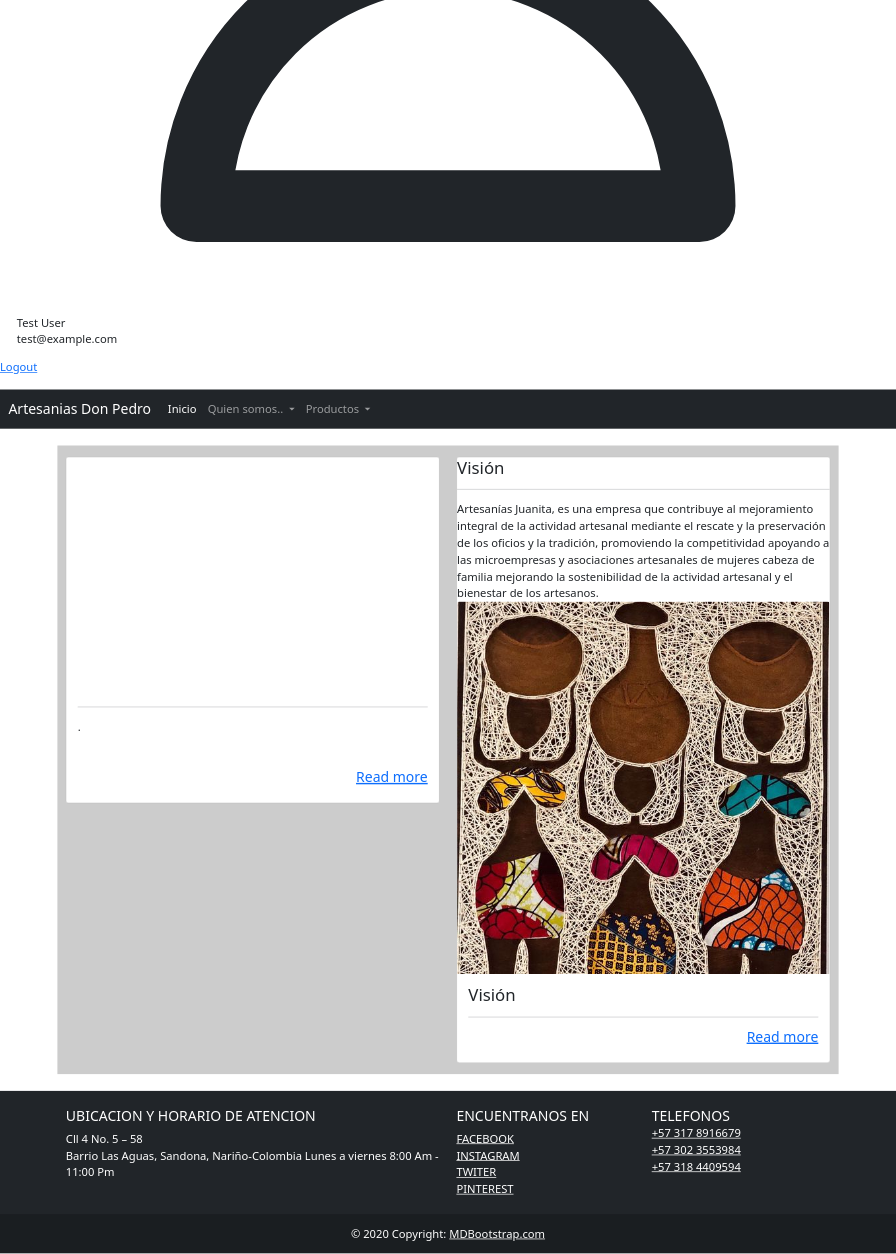
Repository: PG210/taller_artesania
Page: http://localhost/arte/mision
The author's editor kept a copy of each file at every save. The page is drawn from the files as they stood at one save, then again after the next save.
The browser window is 1280 px wide. The pictures show the part of the page from y = 2278 to 4198 px (the page is 4069 px tall before and 4198 px after), at 70% of full size.
Pictures or frames that could not be fetched are drawn as grey boxes. The page is served by the project's Laravel application, run on PHP 8.4 with Laravel 8. A made-up administrator, Test User (test@example.com), is signed in. Other server files are loaded and not shown.

Above is the page before, as saved 2021-01-14 15:40:39.

### routes/web.php
<?php

use Illuminate\Support\Facades\Route;
use App\Http\Controllers\Productos;

/*
|--------------------------------------------------------------------------
| Web Routes
|--------------------------------------------------------------------------
|
| Here is where you can register web routes for your application. These
| routes are loaded by the RouteServiceProvider within a group which
| contains the "web" middleware group. Now create something great!
|
*/

Route::get('/', function () {
    return view('welcome');
});
//ruta mision vision
Route::get('arte/vision', function () {
    return view('arte.vision');
});
//histortia
Route::get('arte/historia', function () {
    return view('arte.historia');
});
Route::get('arte/mision', function () {
    return view('arte.mision');
});

//ubicacion
Route::get('arte/ubicacion', function () {
    return view('arte.ubicacion');
});
//productos
Route::get('/productos', [Productos::class, 'index']);

Route::get('/dashboard', function () {
    return view('dashboard');
})->middleware(['auth'])->name('dashboard');

require __DIR__.'/auth.php';

### resources/views/arte/mision.blade.php
<body>

    @extends('layouts.app') @section('content')




    <div class="container">

        <div class="row">

            <!--tarjeta 1 mision hotel-->
            <div class="col-lg-6" style="background-color:#ccc">

                <p>
                    <!-- Card Dark -->
                    <div class="card">

                        <!-- Card image -->
                        <div class="container">
                            <br>
                            <div class="view overlay ">
                                <video loop="true " muted autoplay width="530 " height="300 ">
                    <source src='{{url("/img/video.mp4")}}' type="video/mp4 " alt="Card image cap ">
                <a>
                    <div class="mask " style=" background-color: rgba(230, 179, 179, 0.5) "></div>
                </a>
            </div>
            </div>

          <!-- Card content -->
          <div class="card-body elegant-color white-text rounded-bottom">

            <!-- Social shares button -->

            <!-- Title -->

            <hr class="hr-light">

            <p class="card-text white-text mb-4">



                 .</p>
                 <br>
            <!-- Link -->
            <a href="#!" class="white-text d-flex justify-content-end">
              <h5>Read more <i class="fas fa-angle-double-right"></i></h5>
            </a>

          </div>

        </div>
        <!-- Card Dark --></p>
  </div>



  <!--tarjeta dos vision-->
  <div class="col-lg-6"  style="background-color:#ccc">

    <p><!-- Card Dark -->
        <div class="card">

          <!-- Card image -->
          <div class="view overlay">
           <h4 class="card-title">Visión</h4>
            <hr class="hr-light">
          Artesanías Juanita, es una empresa que contribuye al mejoramiento integral de la actividad artesanal mediante el rescate y la preservación de los oficios y la tradición, promoviendo la competitividad apoyando a las microempresas y asociaciones artesanales de mujeres cabeza de familia mejorando la sostenibilidad de la actividad artesanal y el bienestar de los artesanos.
            <img class="card-img-top" src="../img/4.jpg"
              alt="Card image cap">
            <a>
              <div class="mask rgba-white-slight"></div>
            </a>
          </div>

          <!-- Card content -->
          <div class="card-body elegant-color white-text rounded-bottom">

            <!-- Social shares button -->

            <!-- Title -->
            <h4 class="card-title">Visión</h4>
            <hr class="hr-light">
            <!-- Text -->

            <!-- Link -->
            <a href="#!" class="white-text d-flex justify-content-end">
              <h5>Read more <i class="fas fa-angle-double-right"></i></h5>
            </a>

          </div>

        </div>
        <!-- Card Dark --></p>
  </div>
</div>
</div>




</div>
@stop

</body>

### resources/views/layouts/app.blade.php
<!DOCTYPE html>
<html lang="{{ str_replace('_', '-', app()->getLocale()) }}">
    <head>
        <meta charset="utf-8">
        <meta name="viewport" content="width=device-width, initial-scale=1">
        <meta name="csrf-token" content="{{ csrf_token() }}">

        <title>{{ config('app.name', 'Laravel') }}</title>

        <!-- Fonts -->
        <link rel="stylesheet" href="https://fonts.googleapis.com/css2?family=Nunito:wght@400;600;700&display=swap">
        <link href="{{ url('/assets/bootstrap/css/bootstrap.min.css') }}" rel="stylesheet">
        <!-- Styles -->
        <link rel="stylesheet" href="{{ asset('css/app.css') }}">

        <!-- Scripts -->
        <script src="{{ asset('js/app.js') }}" defer></script>


    </head>

    <body class="font-sans antialiased">
        <div class="min-h-screen bg-gray-100">
            @include('layouts.navigation')

            <nav class="navbar navbar-expand-lg navbar navbar-dark bg-dark">
  <div class="container-fluid">
    <a class="navbar-brand" href="#">Artesanias Don Pedro</a>
    <button class="navbar-toggler" type="button" data-bs-toggle="collapse" data-bs-target="#navbarNavDropdown" aria-controls="navbarNavDropdown" aria-expanded="false" aria-label="Toggle navigation">
      <span class="navbar-toggler-icon"></span>
    </button>
    <div class="collapse navbar-collapse" id="navbarNavDropdown">
      <ul class="navbar-nav">
        <li class="nav-item">
          <a class="nav-link active" aria-current="page" href="#">Inicio</a>
        </li>


        <li class="nav-item dropdown">
          <a class="nav-link dropdown-toggle" href="#" id="navbarDropdownMenuLink" role="button" data-bs-toggle="dropdown" aria-expanded="false">
            Quien somos..
          </a>
          <ul class="dropdown-menu" aria-labelledby="navbarDropdownMenuLink">
            <li><a class="dropdown-item" href="{{url('/arte/mision')}}">Mision</a></li>
            <li><a class="dropdown-item" href="{{url('/arte/vision')}}">Vision</a></li>
            <li><a class="dropdown-item" href="{{url('/arte/ubicacion')}}">Ubicacion</a></li>
            <li><a class="dropdown-item" href="{{url('/arte/historia')}}">Historia</a></li>
          </ul>
        </li>

        <li class="nav-item dropdown">
          <a class="nav-link dropdown-toggle" href="#" id="navbarDropdownMenuLink" role="button" data-bs-toggle="dropdown" aria-expanded="false">
            Productos
          </a>
          <ul class="dropdown-menu" aria-labelledby="navbarDropdownMenuLink">
            <li><a class="dropdown-item" href="{{url('/productos')}}">Sombreros</a></li>
            <li><a class="dropdown-item" href="#">Mochilas</a></li>
            <li><a class="dropdown-item" href="#">Tejidos</a></li>
            <li><a class="dropdown-item" href="#">Visuterias</a></li>
            <li><a class="dropdown-item" href="#">Ofertas</a></li>
          </ul>
        </li>
      </ul>
    </div>
  </div>
</nav>
<br>
            <!-- Page Heading -->
            <div class="container">
           @yield('content')
           </div>
        </div>
<!--footer-->
<br>
        <footer class="bg-dark text-white text-center text-lg-start">
  <!-- Grid container -->
  <div class="container p-4">
    <!--Grid row-->
    <div class="row">
      <!--Grid column-->
      <div class="col-lg-6 col-md-12 mb-4 mb-md-0">
        <h5 class="text-uppercase">Ubicacion y Horario de Atencion</h5>

        <p>
        <bFooterr>
        Cll 4 No. 5 – 58<br>
        Barrio Las Aguas, Sandona, Nariño-Colombia
        Lunes a viernes 8:00 Am - 11:00 Pm
        </p>
      </div>
      <!--Grid column-->

      <!--Grid column-->
      <div class="col-lg-3 col-md-6 mb-4 mb-md-0">
        <h5 class="text-uppercase">Encuentranos en</h5>

        <ul class="list-unstyled mb-0">
          <li>
            <a href="#!" class="text-white">FACEBOOK</a>
          </li>
          <li>
            <a href="#!" class="text-white">INSTAGRAM</a>
          </li>
          <li>
            <a href="#!" class="text-white">TWITER</a>
          </li>
          <li>
            <a href="#!" class="text-white">PINTEREST</a>
          </li>
        </ul>
      </div>
      <!--Grid column-->

      <!--Grid column-->
      <div class="col-lg-3 col-md-6 mb-4 mb-md-0">
        <h5 class="text-uppercase mb-0">TELEFONOS</h5>

        <ul class="list-unstyled">
          <li>
            <a href="#!" class="text-white">+57 317 8916679</a>
          </li>
          <li>
            <a href="#!" class="text-white">+57 302 3553984</a>
          </li>
          <li>
            <a href="#!" class="text-white">+57 318 4409594</a>
          </li>

        </ul>
      </div>
      <!--Grid column-->
    </div>
    <!--Grid row-->
  </div>
  <!-- Grid container -->

  <!-- Copyright -->
  <div class="text-center p-3" style="background-color: rgba(0, 0, 0, 0.2)">
    © 2020 Copyright:
    <a class="text-white" href="https://mdbootstrap.com/">MDBootstrap.com</a>
  </div>
  <!-- Copyright -->
</footer>
<!--end footer-->



        <script src="https://code.jquery.com/jquery-3.5.1.slim.min.js" integrity="sha384-DfXdz2htPH0lsSSs5nCTpuj/zy4C+OGpamoFVy38MVBnE+IbbVYUew+OrCXaRkfj" crossorigin="anonymous"></script>
        <script src="https://cdn.jsdelivr.net/npm/popper.js@1.16.1/dist/umd/popper.min.js" integrity="sha384-9/reFTGAW83EW2RDu2S0VKaIzap3H66lZH81PoYlFhbGU+6BZp6G7niu735Sk7lN" crossorigin="anonymous"></script>
       <script type="text/javascript" src="{{ url('/assets/bootstrap/js/bootstrap.min.js') }}"></script>
    </body>
</html>

### resources/views/layouts/navigation.blade.php
<nav x-data="{ open: false }" class="bg-white border-b border-gray-100">
    <!-- Primary Navigation Menu -->
    <!--aqui cambiar-->
    <div class=" navbar-dark bg-indigo">
        <div class="flex justify-between h-16">
            <div class="flex">
                <!-- Logo -->
                <div class="flex-shrink-0 flex items-center">
                    <a href="{{ route('dashboard') }}">
                        <x-application-logo class="block h-10 w-auto fill-current text-gray-600" />
                    </a>
                </div>

                <!-- Navigation Links -->
                <div class="hidden space-x-8 sm:-my-px sm:ml-10 sm:flex">
                    <x-nav-link :href="route('dashboard')" :active="request()->routeIs('dashboard')">
                        {{ __('Bienvenidos! Tienda Virtual') }}
                    </x-nav-link>
                </div>
            </div>

            <!-- Settings Dropdown -->
            <div class="hidden sm:flex sm:items-center sm:ml-6">
                <x-dropdown align="right" width="48">
                    <x-slot name="trigger">
                        <button class="flex items-center text-sm font-medium text-gray-500 hover:text-gray-700 hover:border-gray-300 focus:outline-none focus:text-gray-700 focus:border-gray-300 transition duration-150 ease-in-out">
                            <div>{{ Auth::user()->name }}</div>

                            <div class="ml-1">
                                <svg class="fill-current h-4 w-4" xmlns="http://www.w3.org/2000/svg" viewBox="0 0 20 20">
                                    <path fill-rule="evenodd" d="M5.293 7.293a1 1 0 011.414 0L10 10.586l3.293-3.293a1 1 0 111.414 1.414l-4 4a1 1 0 01-1.414 0l-4-4a1 1 0 010-1.414z" clip-rule="evenodd" />
                                </svg>
                            </div>
                        </button>
                    </x-slot>

                    <x-slot name="content">
                        <!-- Authentication -->
                        <form method="POST" action="{{ route('logout') }}">
                            @csrf

                            <x-dropdown-link :href="route('logout')"
                                    onclick="event.preventDefault();
                                                this.closest('form').submit();">
                                {{ __('Logout') }}
                            </x-dropdown-link>
                        </form>
                    </x-slot>
                </x-dropdown>
            </div>

            <!-- Hamburger -->
            <div class="-mr-2 flex items-center sm:hidden">
                <button @click="open = ! open" class="inline-flex items-center justify-center p-2 rounded-md text-gray-400 hover:text-gray-500 hover:bg-gray-100 focus:outline-none focus:bg-gray-100 focus:text-gray-500 transition duration-150 ease-in-out">
                    <svg class="h-6 w-6" stroke="currentColor" fill="none" viewBox="0 0 24 24">
                        <path :class="{'hidden': open, 'inline-flex': ! open }" class="inline-flex" stroke-linecap="round" stroke-linejoin="round" stroke-width="2" d="M4 6h16M4 12h16M4 18h16" />
                        <path :class="{'hidden': ! open, 'inline-flex': open }" class="hidden" stroke-linecap="round" stroke-linejoin="round" stroke-width="2" d="M6 18L18 6M6 6l12 12" />
                    </svg>
                </button>
            </div>
        </div>
    </div>

    <!-- Responsive Navigation Menu -->
    <div :class="{'block': open, 'hidden': ! open}" class="hidden sm:hidden">
        <div class="pt-2 pb-3 space-y-1">
            <x-responsive-nav-link :href="route('dashboard')" :active="request()->routeIs('dashboard')">
                {{ __('Dashboard') }}
            </x-responsive-nav-link>
        </div>

        <!-- Responsive Settings Options -->
        <div class="pt-4 pb-1 border-t border-gray-200">
            <div class="flex items-center px-4">
                <div class="flex-shrink-0">
                    <svg class="h-10 w-10 fill-current text-gray-400" xmlns="http://www.w3.org/2000/svg" fill="none" viewBox="0 0 24 24" stroke="currentColor">
                        <path stroke-linecap="round" stroke-linejoin="round" stroke-width="2" d="M16 7a4 4 0 11-8 0 4 4 0 018 0zM12 14a7 7 0 00-7 7h14a7 7 0 00-7-7z" />
                    </svg>
                </div>

                <div class="ml-3">
                    <div class="font-medium text-base text-gray-800">{{ Auth::user()->name }}</div>
                    <div class="font-medium text-sm text-gray-500">{{ Auth::user()->email }}</div>
                </div>
            </div>

            <div class="mt-3 space-y-1">
                <!-- Authentication -->
                <form method="POST" action="{{ route('logout') }}">
                    @csrf

                    <x-responsive-nav-link :href="route('logout')"
                            onclick="event.preventDefault();
                                        this.closest('form').submit();">
                        {{ __('Logout') }}
                    </x-responsive-nav-link>
                </form>
            </div>
        </div>
    </div>
</nav>

Loaded but not shown: routes/auth.php (common file); app/Models/User.php (common file); resources/views/components/application-logo.blade.php (common file); resources/views/components/nav-link.blade.php (common file); resources/views/components/dropdown-link.blade.php (common file); resources/views/components/dropdown.blade.php (common file); resources/views/components/responsive-nav-link.blade.php (common file); public/assets/bootstrap/css/bootstrap.min.css (library); public/assets/bootstrap/js/bootstrap.min.js (library); public/js/app.js (library)

After the next save:
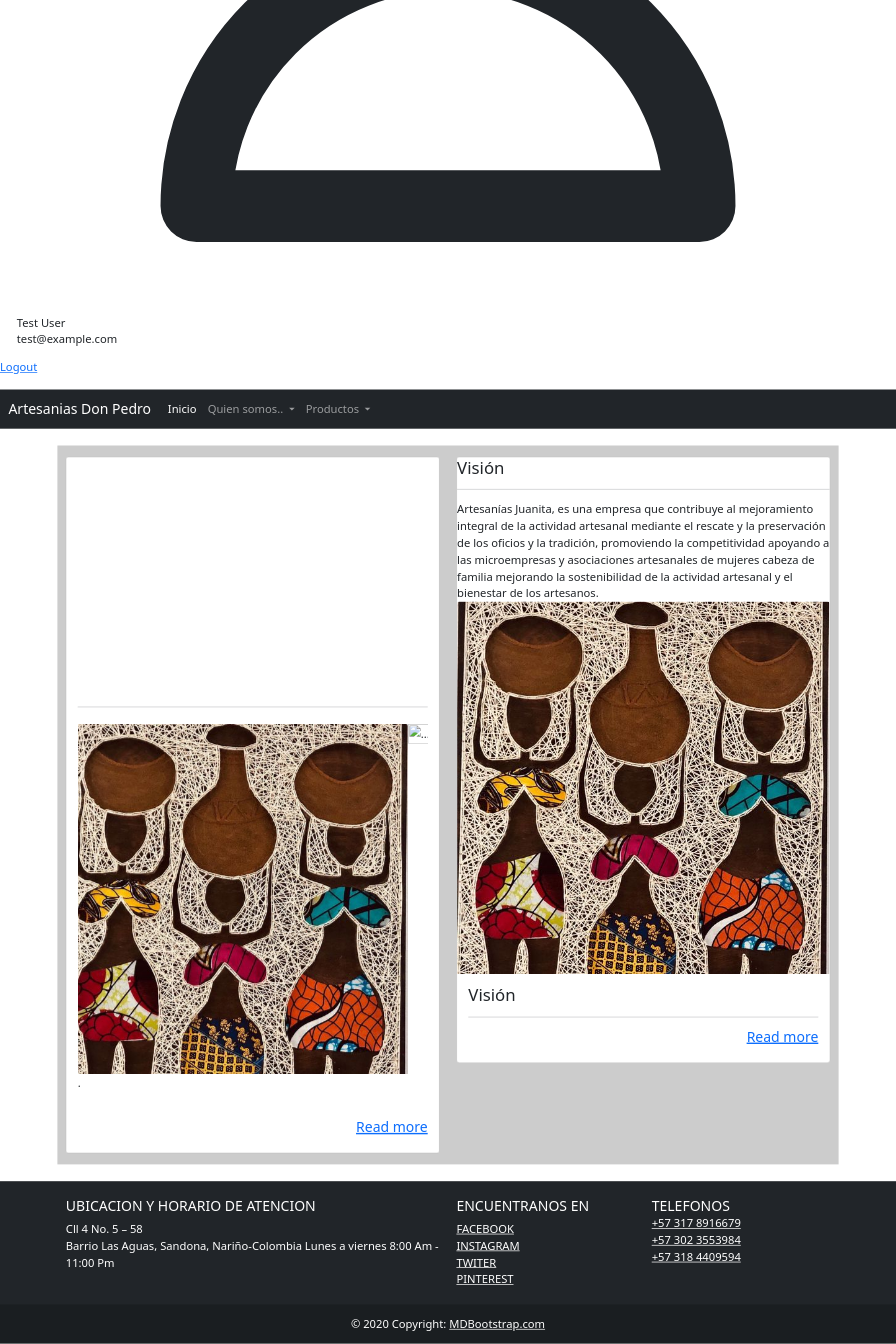
Saved 43 s later.
--- a/resources/views/arte/mision.blade.php
+++ b/resources/views/arte/mision.blade.php
@@ -38,6 +38,21 @@
             <hr class="hr-light">
 
             <p class="card-text white-text mb-4">
+
+                <div id="carouselExampleSlidesOnly" class="carousel slide" data-bs-ride="carousel">
+                    <div class="carousel-inner">
+                      <div class="carousel-item active">
+                        <img class="card-img-top" src="../img/4.jpg"
+                        alt="Card image cap">
+                      </div>
+                      <div class="carousel-item">
+                        <img src="..." class="d-block w-100" alt="...">
+                      </div>
+                      <div class="carousel-item">
+                        <img src="..." class="d-block w-100" alt="...">
+                      </div>
+                    </div>
+                  </div>
 
 
 
